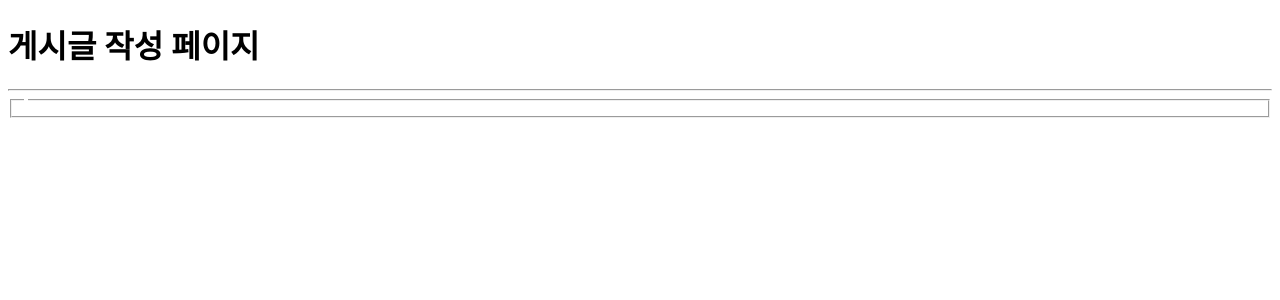
Repository: loseminho/khAcademy-Study
Page: http://localhost/02_SpringMVC_CRUD/boardWriteFrm.do
These files come from the project's save history. The page is drawn as it stood at one moment and after the next save; the edit follows.
The browser window is 1280 px wide. The pictures show the whole page.
The page is served by Tomcat 9. Other server files are loaded and not shown.

Above is the page before, as saved 2022-10-04 02:11:07.

### spring/workspace-sts-3.9.13.RELEASE/02_SpringMVC_CRUD/src/main/webapp/WEB-INF/views/board/boardWriteFrm.jsp
<%@ page language="java" contentType="text/html; charset=UTF-8"
    pageEncoding="UTF-8"%>
<!DOCTYPE html>
<html>
<head>
<meta charset="UTF-8">
<title>Insert title here</title>
</head>
<body>
	<h1>게시글 작성 페이지</h1>
	<hr>
	<form action="" method="">
		<fieldset>
			<legend></legend>

		</fieldset>
	</form>
</body>
</html>

After the next save:
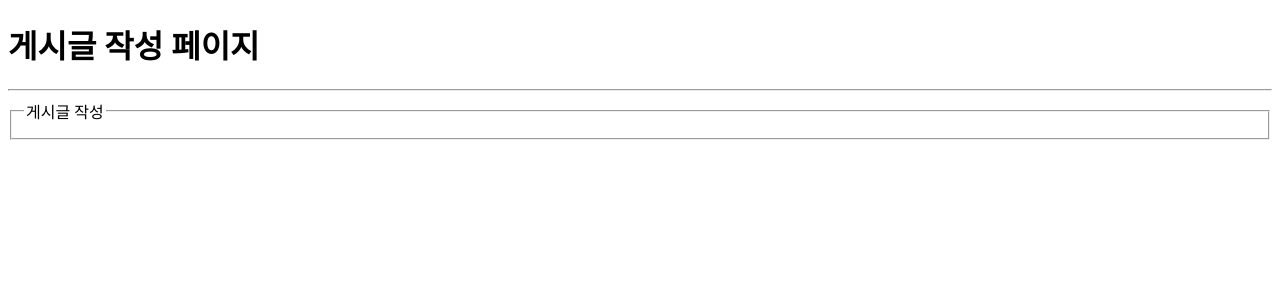
Saved 4 s later.
--- a/spring/workspace-sts-3.9.13.RELEASE/02_SpringMVC_CRUD/src/main/webapp/WEB-INF/views/board/boardWriteFrm.jsp
+++ b/spring/workspace-sts-3.9.13.RELEASE/02_SpringMVC_CRUD/src/main/webapp/WEB-INF/views/board/boardWriteFrm.jsp
@@ -11,7 +11,7 @@
 	<hr>
 	<form action="" method="">
 		<fieldset>
-			<legend></legend>
+			<legend>게시글 작성</legend>
 
 		</fieldset>
 	</form>
